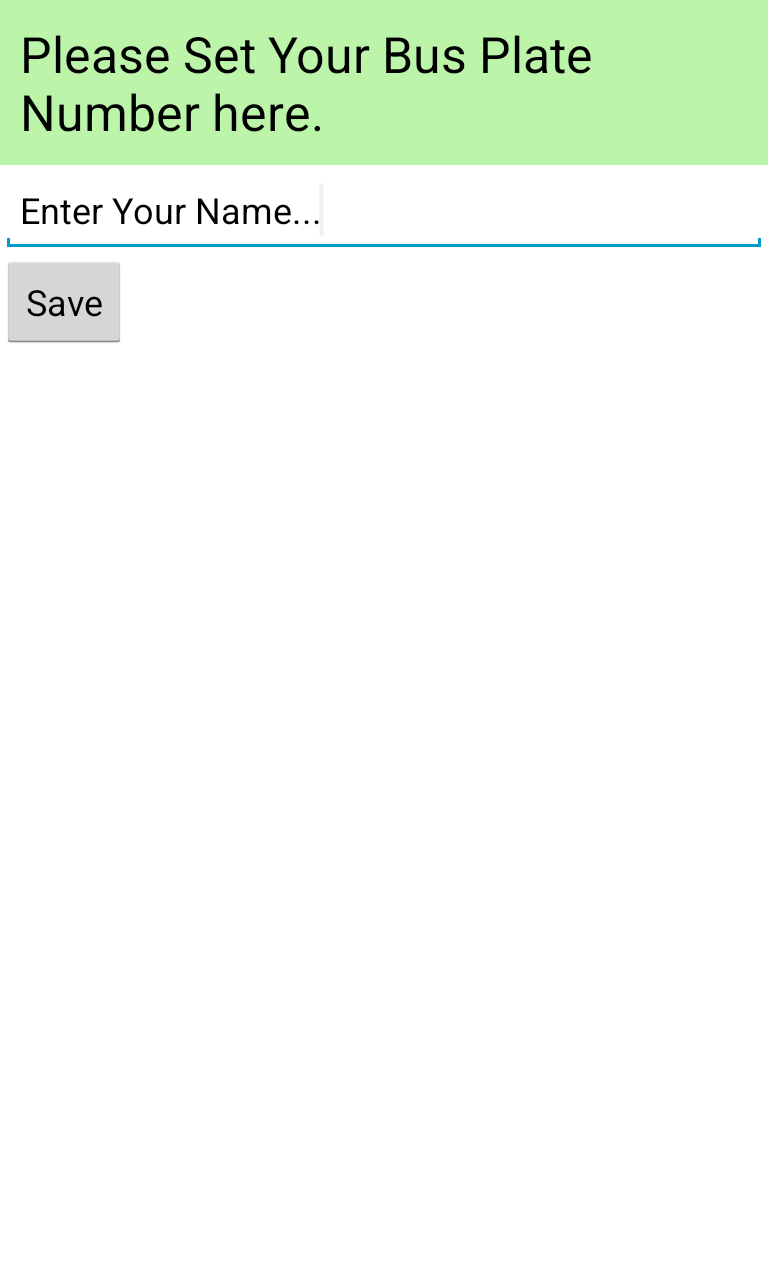
Repository: patheon17/myrepo2
Layout: workspace/UMBusTracker/res/layout/activity_set_plate_num.xml
An editor plug-in stored every save of this project. The layout is shown before and after the next save, followed by the edit.
It is drawn on a 768 x 1280 px phone screen (xhdpi) without system bars, with theme AppTheme; the app's code is not run.

Above is the layout before, as saved 2013-09-29 14:47:56.

### workspace/UMBusTracker/res/layout/activity_set_plate_num.xml
<LinearLayout xmlns:android="http://schemas.android.com/apk/res/android"
    xmlns:tools="http://schemas.android.com/tools"
    android:layout_width="match_parent"
    android:layout_height="match_parent"
    android:orientation="vertical"
    tools:context=".MainActivity" >

    <TextView
        android:id="@+id/textView1"
        android:layout_width="wrap_content"
        android:layout_height="wrap_content"
        android:background="@color/appbackground"
        android:padding="10sp"
        android:text="Please Set Your Bus Plate Number here."
        android:textAppearance="?android:attr/textAppearanceLarge"
        android:textSize="25sp" />

    <EditText
        android:id="@+id/editText1"
        android:layout_width="match_parent"
        android:layout_height="wrap_content"
        android:ems="10"
        android:text="Enter Your Name..."
        android:padding="10sp" >

        <requestFocus />
    </EditText>

    <Button
        android:id="@+id/button1"
        android:layout_width="wrap_content"
        android:layout_height="wrap_content"
        android:text="Save" />

</LinearLayout>

### workspace/UMBusTracker/res/values/styles.xml
<resources>

    <!--
        Base application theme, dependent on API level. This theme is replaced
        by AppBaseTheme from res/values-vXX/styles.xml on newer devices.
    -->
    <style name="AppBaseTheme" parent="android:Theme.Light">
        <!--
            Theme customizations available in newer API levels can go in
            res/values-vXX/styles.xml, while customizations related to
            backward-compatibility can go here.
        -->
    </style>

    <!-- Application theme. -->
    <style name="AppTheme" parent="AppBaseTheme">
        <!-- All customizations that are NOT specific to a particular API-level can go here. -->
    </style>
    <color name="appbackground">#BCF5A9</color>

</resources>

Loaded but not shown: workspace/UMBusTracker/res/values-v11/styles.xml (common file); workspace/UMBusTracker/res/values-v14/styles.xml (common file)

After the next save:
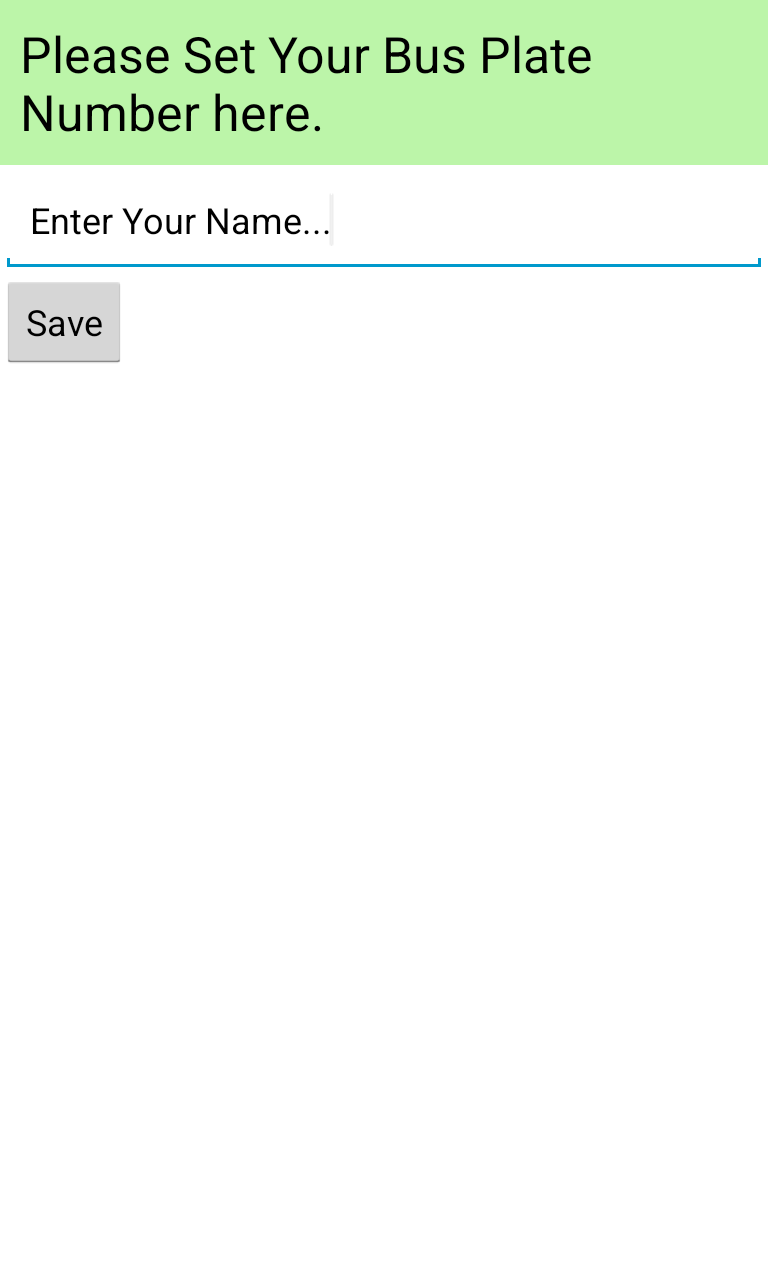
Saved 16 s later.
--- a/workspace/UMBusTracker/res/layout/activity_set_plate_num.xml
+++ b/workspace/UMBusTracker/res/layout/activity_set_plate_num.xml
@@ -21,7 +21,7 @@
         android:layout_height="wrap_content"
         android:ems="10"
         android:text="Enter Your Name..."
-        android:padding="10sp" >
+        android:padding="15sp" >
 
         <requestFocus />
     </EditText>
